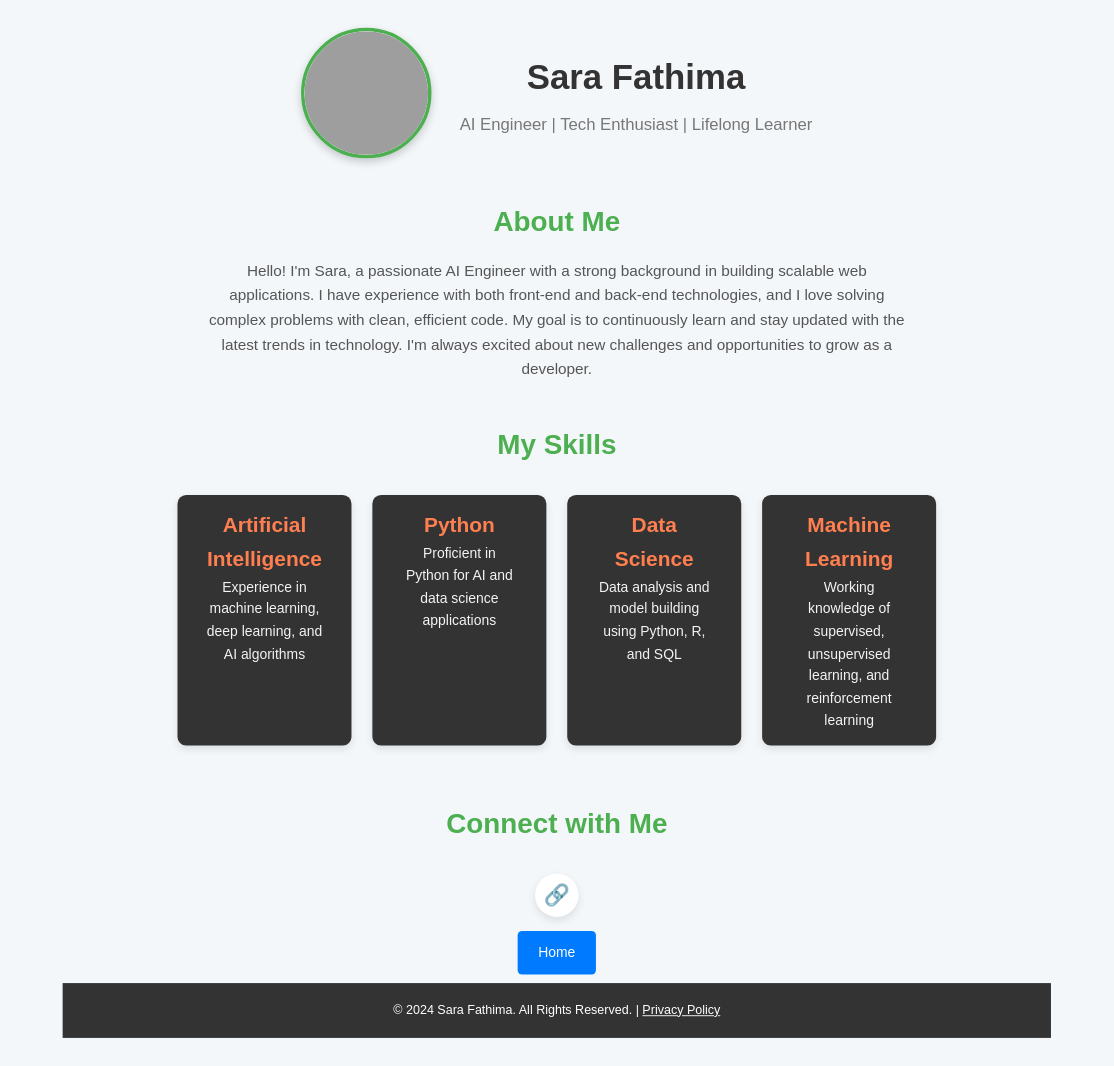
Repository: Syed1818/project
Page: profile.html
These files come from the project's save history. The page is drawn as it stood at one moment and after the next save; the edit follows.
The browser window is 1280 px wide. The pictures show the whole page, at 87% of full size.
Pictures or frames that could not be fetched are drawn as grey boxes.

Above is the page before, as saved 2024-12-07 18:00:24.

After the next save:
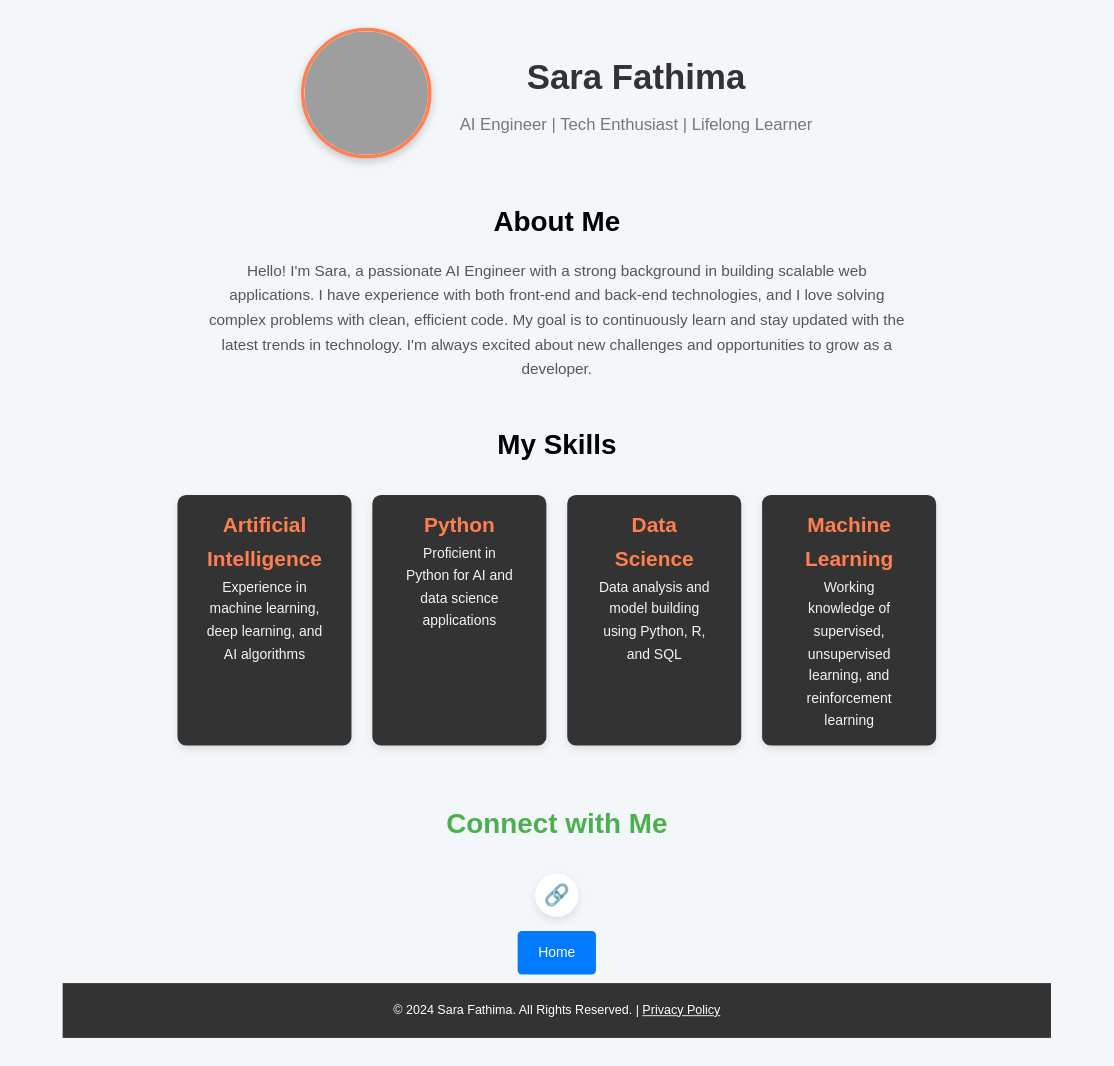
Saved 90 s later.
--- a/profile.html
+++ b/profile.html
@@ -39,7 +39,7 @@
             width: 150px;
             height: 150px;
             border-radius: 50%;
-            border: 4px solid #4CAF50;
+            border: 4px solid #ff7f50;
             margin-right: 2rem;
             box-shadow: 0 4px 10px rgba(0, 0, 0, 0.2);
         }
@@ -63,7 +63,7 @@
 
         .about-section h2 {
             font-size: 2rem;
-            color: #4CAF50;
+            color: black;
             margin-bottom: 1rem;
         }
 
@@ -81,7 +81,7 @@
 
         .skills-section h2 {
             font-size: 2rem;
-            color: #4CAF50; /* Orange header */
+            color: black; /* Orange header */
             text-align: center;
             margin-bottom: 2rem;
         }
